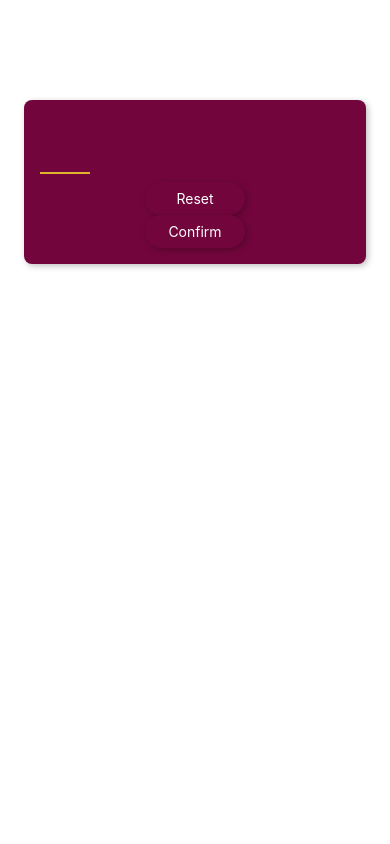
Repository: cobalt88/miniGameApp
Screen: /
An editor plug-in stored every save of this project. The screen is shown before and after the next save, followed by the edit.
The app was drawn by React Native's web renderer in a window 390 px wide. The project was rebuilt for these pictures with package versions that can differ from the ones it lists, and the page was loaded fresh each time.

Above is the screen before, as saved 2023-02-02 16:41:08.

After the next save:
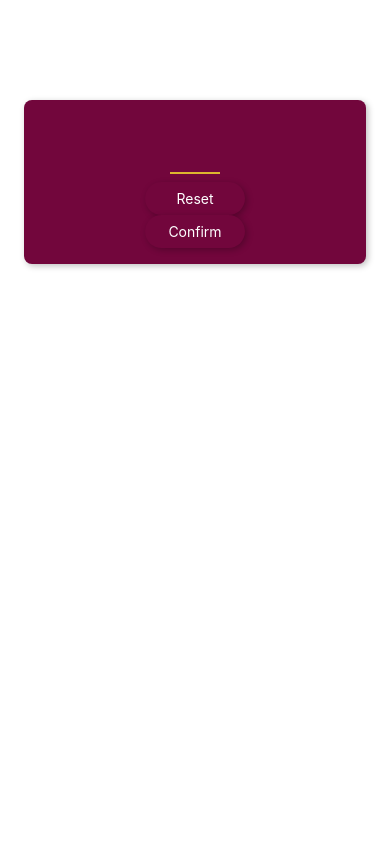
Saved 7 s later.
--- a/screens/StartGameScreen.js
+++ b/screens/StartGameScreen.js
@@ -31,7 +31,7 @@ const styles = StyleSheet.create({
     shadowOffset: { width: 2, height: 2 },
     shadowOpacity: 0.25,
     shadowRadius: 6,
-    alignContent: "center",
+    alignItems: "center",
   },
   numberInput: {
     height: 50,
